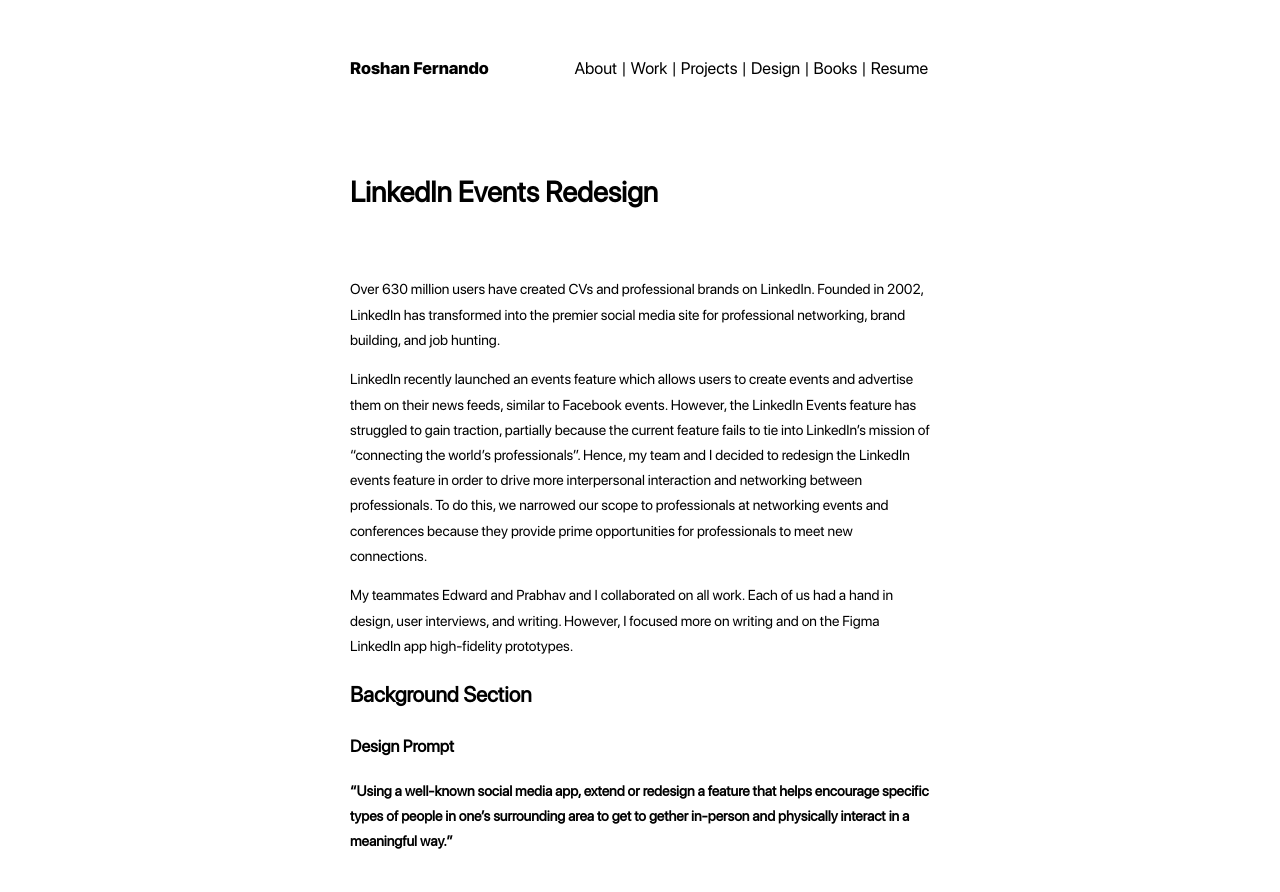
Repository: rdf004/rdf004.github.io
Page: /case1
An editor plug-in stored every save of this project. The page is shown before and after the next save, followed by the edit.
The browser window is 1280 px wide. The pictures show the whole page.
The project was rebuilt for these pictures with package versions that can differ from the ones it lists, and the page was loaded fresh each time. Also part of the build but not shown: src/Components/About.js, src/Components/Work.js, src/Components/Projects.js, src/Components/Design.js, src/Components/Books.js, src/Components/Resume.js.

Above is the page before, as saved 2019-11-20 21:01:44.

After the next save:
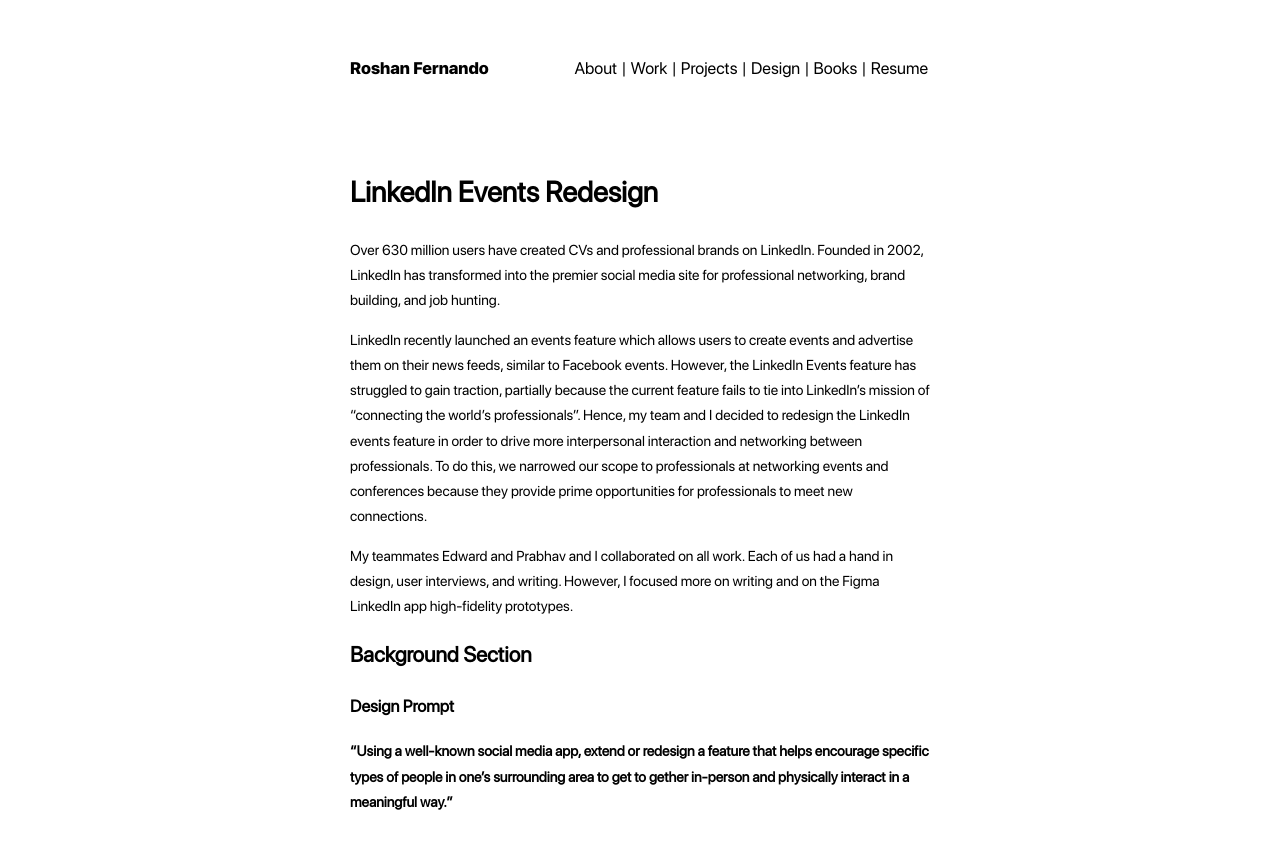
Saved 7 s later.
--- a/src/Components/Case1.js
+++ b/src/Components/Case1.js
@@ -12,7 +12,7 @@
             <div className="grid-container">
                 <Header className="header"/>
                 <p className="page-content">
-                    <h1>LinkedIn Events Redesign</h1><br/>
+                    <h1>LinkedIn Events Redesign</h1>
                     <p>Over 630 million users have created CVs and professional brands on LinkedIn. Founded in 2002, LinkedIn has transformed into the premier social media site for professional networking, brand building, and job hunting.</p>
                     <p>LinkedIn recently launched an events feature which allows users to create events and advertise them on their news feeds, similar to Facebook events. However, the LinkedIn Events feature has struggled to gain traction, partially because the current feature fails to tie into LinkedIn’s mission of “connecting the world’s professionals”. Hence, my team and I decided to redesign the LinkedIn events feature in order to drive more interpersonal interaction and networking between professionals. To do this, we narrowed our scope to professionals at networking events and conferences because they provide prime opportunities for professionals to meet new connections.</p>
                     <p>My teammates Edward and Prabhav and I collaborated on all work. Each of us had a hand in design, user interviews, and writing. However, I focused more on writing and on the Figma LinkedIn app high-fidelity prototypes.</p>
